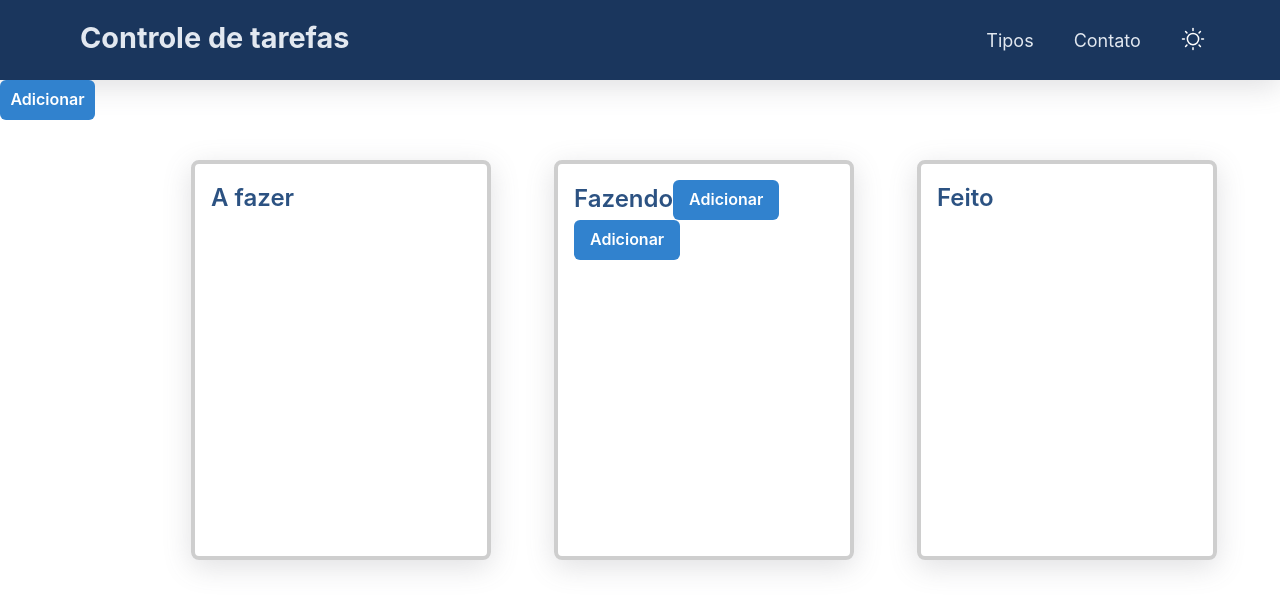
Repository: leosulzbach/Hackaton-Relampago
Page: /home (app in Front/)
These files come from the project's save history. The page is drawn as it stood at one moment and after the next save; the edit follows.
The browser window is 1280 px wide. The pictures show the whole page.
The page's requests for data from a server got no answer. The project was rebuilt for these pictures with package versions that can differ from the ones it lists, and the page was loaded fresh each time. No one was signed in, and anything a server would have sent is missing. Also part of the build but not shown: Front/vite.config.ts.

Above is the page before, as saved 2022-11-07 16:19:22.

### Front/src/App.tsx
import { ChakraProvider, theme } from "@chakra-ui/react"
import { BrowserRouter } from "react-router-dom"
import { Router } from "./Routes/Router"



function App() {
  return(
    <ChakraProvider theme={theme}>
    <BrowserRouter>
      <Router />
    </BrowserRouter>
  </ChakraProvider>
  )
}

export default App

### Front/src/Routes/Router.tsx
import { Routes, Route } from "react-router-dom";
import { Home } from "../Pages/home";


export function Router() {
  return (
    <Routes>
      <Route path="/home" element={<Home />} />
     </Routes>
  );
}

### Front/src/Pages/home.tsx
import { Box, Button, Flex, Grid, Text } from '@chakra-ui/react'
import axios from 'axios';
import { CalendarPlus } from 'phosphor-react';
import { useEffect, useState } from 'react';
import { Header } from '../Components/Header'


export interface Cadastro {
    id: number;
    descricao: string;
    situacao: string;
    data_vencimento: string;
    prioridade: string;
    email: string

}

export const Home = () => {

        const [CadastroList, setCadastroList] = useState<Cadastro[]>([]);
        const [CadastroFilter, setCadastroFilter] = useState<Cadastro[]>(CadastroList);


        useEffect(() => {
            axios.get<Cadastro[]>("http://localhost:3000/tarefas").then((response) => {
                setCadastroList(response.data);
            });
        }, []);


        const [tarefa, settarefa] = useState<any>();




        useEffect(() => {


            setCadastroFilter(

                CadastroList);
        }, [CadastroList])


    return (
        <Flex>
            <Header />
         <Button
          colorScheme='blue'
          mt={"5rem"}
          >Adicionar</Button>

            <Grid
                templateColumns='repeat(3, 1fr)'
                ml={"6rem"}
                mt={"10rem"}
                alignItems={"center"}
                width='100%'
                height="100%"
            >
                <Box
                    border={"4px solid #cecece"}
                    boxShadow={"rgba(100, 100, 111, 0.2) 0px 7px 29px 0px"}
                    borderRadius={8}
                    w={"300px"}
                    h={"400px"}
                >
                    <Text
                        p={"1rem"}
                        fontSize={"1.5rem"}
                        fontWeight={"semibold"}
                        color={"blue.700"}
                    >A fazer</Text>

                </Box>
                <Box
                    border={"4px solid #cecece"}
                    boxShadow={"rgba(100, 100, 111, 0.2) 0px 7px 29px 0px"}
                    borderRadius={8}
                    w={"300px"}
                    h={"400px"}>
                    <Text
                        p={"1rem"}
                        fontSize={"1.5rem"}
                        fontWeight={"semibold"}
                        color={"blue.700"}
                    >Fazendo
                     <Button colorScheme='blue'>Adicionar</Button>
                     <Button colorScheme='blue'>Adicionar</Button></Text>
                </Box>
                <Box
                    border={"4px solid #cecece"}
                    boxShadow={"rgba(100, 100, 111, 0.2) 0px 7px 29px 0px"}
                    borderRadius={8}
                    w={"300px"}
                    h={"400px"}>
                    <Text
                        p={"1rem"}
                        fontSize={"1.5rem"}
                        fontWeight={"semibold"}
                        color={"blue.700"}
                    >Feito</Text>
                </Box>

            </Grid>
        </Flex>
    )

}

### Front/src/Components/Header.tsx
import { Box, Flex, Input, Link, Text } from "@chakra-ui/react";
import { Sun } from "phosphor-react";



export const Header = () => {
    return (
        <Flex

            as="header"
            w="100%"
            h="20"
            justify="space-between"

            borderBottomWidth={1}
            borderColor="blue.900"
            bg="blue.900"
            position={"fixed"}
            boxShadow="rgba(100, 100, 111, 0.2) 0px 7px 29px 0px"
        >
            <Flex
                p="1rem"
                justify="flex-start"
                ml="4rem"
            >
                <Text
                    fontSize="1.8rem"
                    fontWeight="bold"
                    color="gray.200"
                >
                    Controle de tarefas
                </Text>
            </Flex>
            <Flex
                p="1.7rem"
                mr="3rem"
                justify="flex-end"
                gap={10}
            >

                <Link

                    href="/sobre"
                    color="gray.200"
                    fontSize={18}
                    _hover={{
                        borderBottom: '4px solid  blue', transition: 'all 0.3s ease-out', transform: 'translate(-11px, 0px)'
                    }}
                >
                    Tipos
                </Link>
                <Link
                    href="/contato"
                    color="gray.200"
                    fontSize={18}
                    _hover={{
                        borderBottom: '4px solid  blue', transition: 'all 0.3s ease-out', transform: 'translate(-11px, 0px)'
                    }}

                >
                    Contato
                </Link>
                <Sun size={24} color={"white"} />
            </Flex>



        </Flex>
    );
}

Loaded but not shown: Front/index.html (common file); Front/src/main.tsx (common file)

After the next save:
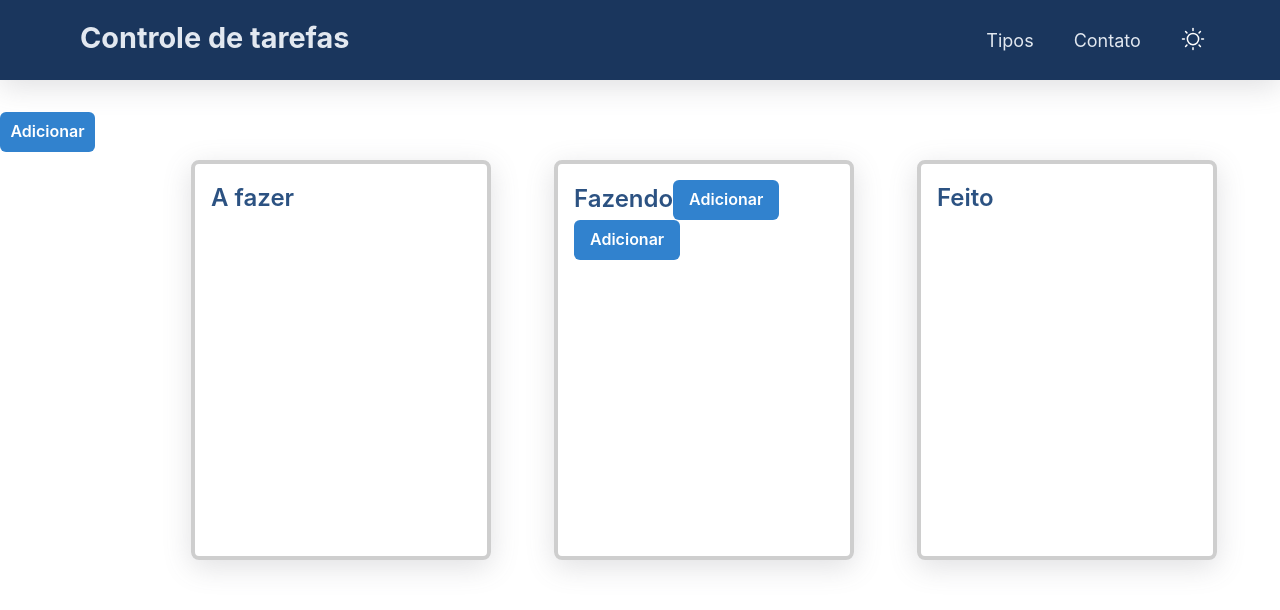
Saved 7 s later.
--- a/Front/src/Pages/home.tsx
+++ b/Front/src/Pages/home.tsx
@@ -47,7 +47,7 @@ export const Home = () => {
             <Header />
          <Button
           colorScheme='blue'
-          mt={"5rem"}
+          mt={"7rem"}
           >Adicionar</Button>
 
             <Grid
